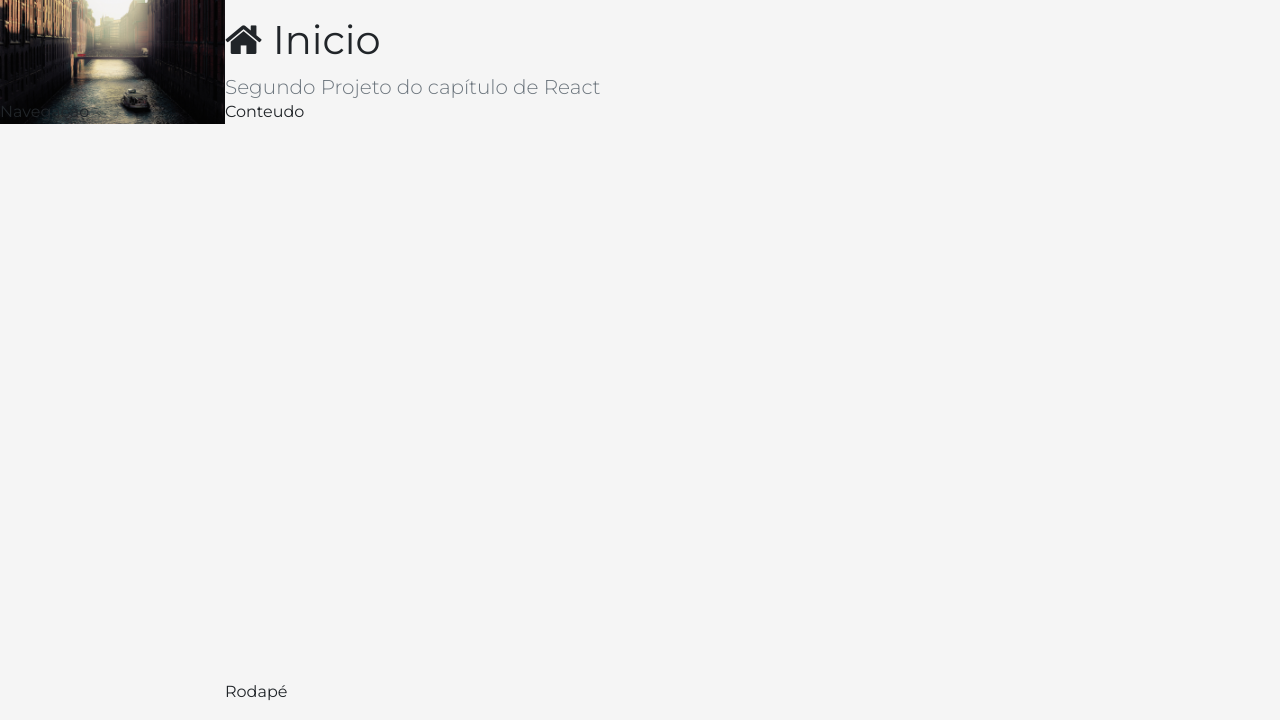
Repository: eversonps/projeto-cadastro-usuarios-firebase
Page: /users (app in frontend/)
The author's editor kept a copy of each file at every save. The page is drawn from the files as they stood at one save, then again after the next save.
The browser window is 1280 px wide. The pictures show the whole page.
The project was rebuilt for these pictures with package versions that can differ from the ones it lists, and the page was loaded fresh each time. Also part of the build but not shown: frontend/src/components/template/nav.css, frontend/src/components/template/header.css, frontend/src/components/template/footer.css.

Above is the page before, as saved 2022-03-22 12:59:25.

### frontend/public/index.html
<!DOCTYPE html>
<html lang="en">
  <head>
    <meta charset="utf-8" />
    <link rel="icon" href="%PUBLIC_URL%/favicon.ico" />
    <link rel="preconnect" href="https://fonts.googleapis.com">
    <link rel="preconnect" href="https://fonts.gstatic.com" crossorigin>
    <link href="https://fonts.googleapis.com/css2?family=Montserrat:wght@300;400;700&display=swap" rel="stylesheet">
    <meta name="viewport" content="width=device-width, initial-scale=1" />
    <meta name="theme-color" content="#000000" />
    <meta
      name="description"
      content="Web site created using create-react-app"
    />
    <link rel="apple-touch-icon" href="%PUBLIC_URL%/logo192.png" />
    <!--
      manifest.json provides metadata used when your web app is installed on a
      user's mobile device or desktop. See https://developers.google.com/web/fundamentals/web-app-manifest/
    -->
    <link rel="manifest" href="%PUBLIC_URL%/manifest.json" />
    <!--
      Notice the use of %PUBLIC_URL% in the tags above.
      It will be replaced with the URL of the `public` folder during the build.
      Only files inside the `public` folder can be referenced from the HTML.

      Unlike "/favicon.ico" or "favicon.ico", "%PUBLIC_URL%/favicon.ico" will
      work correctly both with client-side routing and a non-root public URL.
      Learn how to configure a non-root public URL by running `npm run build`.
    -->
    <title>React App</title>
  </head>
  <body>
    <noscript>You need to enable JavaScript to run this app.</noscript>
    <div id="root"></div>
    <!--
      This HTML file is a template.
      If you open it directly in the browser, you will see an empty page.

      You can add webfonts, meta tags, or analytics to this file.
      The build step will place the bundled scripts into the <body> tag.

      To begin the development, run `npm start` or `yarn start`.
      To create a production bundle, use `npm run build` or `yarn build`.
    -->
  </body>
</html>

### frontend/src/index.js
import React from 'react';
import ReactDOM from 'react-dom';
import './index.css';
import App from './main/app';
import reportWebVitals from './reportWebVitals';

ReactDOM.render(
  <React.StrictMode>
    <App />
  </React.StrictMode>,
  document.getElementById('root')
);

// If you want to start measuring performance in your app, pass a function
// to log results (for example: reportWebVitals(console.log))
// or send to an analytics endpoint. Learn more: https://bit.ly/CRA-vitals
reportWebVitals();

### frontend/src/main/app.jsx
import "./app.css"
import "bootstrap/dist/css/bootstrap.min.css"
import "font-awesome/css/font-awesome.min.css"

import React from "react"

import Logo from "../components/template/logo"
import Nav from "../components/template/nav"
import Main from "../components/template/main"
import Footer from "../components/template/footer"

export default props => {
    return (
        <div className="app">
        <Logo></Logo>
        <Nav></Nav>
        <Main icon="home" title="Inicio" subtitle="Segundo Projeto do capítulo de React"></Main>
        <Footer></Footer>
    </div>
    )
}

### frontend/src/main/app.css
:root{
    --bg-dark: #1A2F3A;
    --logo-height: 100px;
    --header-height: 100px;
    --aside-width: 225px;
    --footer-height: 40px;

    --shadow: 0 2px 23px 0 rgba(0, 0, 0, 0.1), 0 2px 49px 0 rgba(0, 0, 0, 0.06);
}

* {
    box-sizing: border-box;
    font-family: 'Montserrat', sans-serif;
}

.app{
    margin: 0px;
    display: grid;
    grid-template-columns: var(--aside-width) 1fr;
    grid-template-rows: var(--header-height) 1fr var(--footer-height);
    grid-template-areas:
        "logo header"
        "menu content"
        "menu footer";
    height: 100vh;
    background-color: #F5F5F5;
}

aside.logo{
    grid-area: logo;
}

header.header{
    grid-area: header;
}

aside.menu-area{
    grid-area: menu;
}

main.content{
    grid-area: content;
}

footer.footer{
    grid-area: footer;
}

### frontend/src/components/template/logo.jsx
import React from "react"
import "./logo.css"
import logo from "../../assets/images/logo.jpg"

export default props => (
    <aside className="logo">
        <a href="/" className="logo">
            <img src={logo} alt="logo" />
        </a>
    </aside>
)

### frontend/src/components/template/nav.jsx
import React from "react"
import "./nav.css"

export default props => {
    return (
        <aside className="menu-area">
            Navegação
        </aside>
    )
}

### frontend/src/components/template/main.jsx
import React from "react"
import Header from "./header"

export default props => (
    <>
        <Header {...props}></Header>
        <main className="content">
            Conteudo
        </main>
    </>
)

### frontend/src/components/template/footer.jsx
import React from "react";
import "./footer.css"

export default props => (
    <footer className="footer">Rodapé</footer>
)

### frontend/src/components/template/logo.css
aside.logo{
    background-color: var(--bg-dark);
    display: flex;
    justify-content: center;
    align-items: center;
}

aside.logo img {
    padding: 0px;
    width: 100%;
}

### frontend/src/components/template/header.jsx
import React from "react";
import "./header.css"

export default props => (
    <header className="header d-none d-sm-flex flex-column">
        <h1 className="mt-3">
            <i className={`fa fa-${props.icon}`}></i> {props.title}
        </h1>
        <p className="lead text-muted">{props.subtitle}</p>
    </header>
)

Loaded but not shown: frontend/src/index.css (common file); frontend/src/reportWebVitals.js (common file)

After the next save:
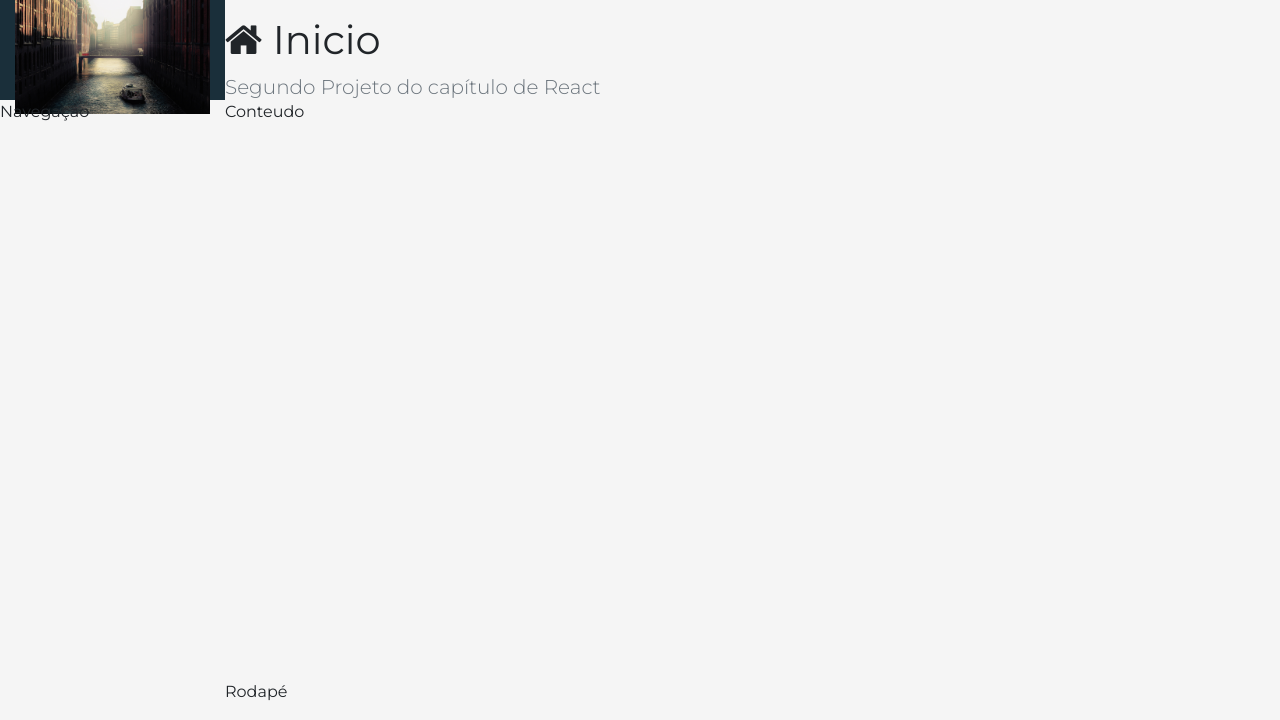
Saved 45 s later.
--- a/frontend/src/components/template/logo.css
+++ b/frontend/src/components/template/logo.css
@@ -6,6 +6,6 @@ aside.logo{
 }
 
 aside.logo img {
-    padding: 0px;
+    padding: 15px;
     width: 100%;
 }
